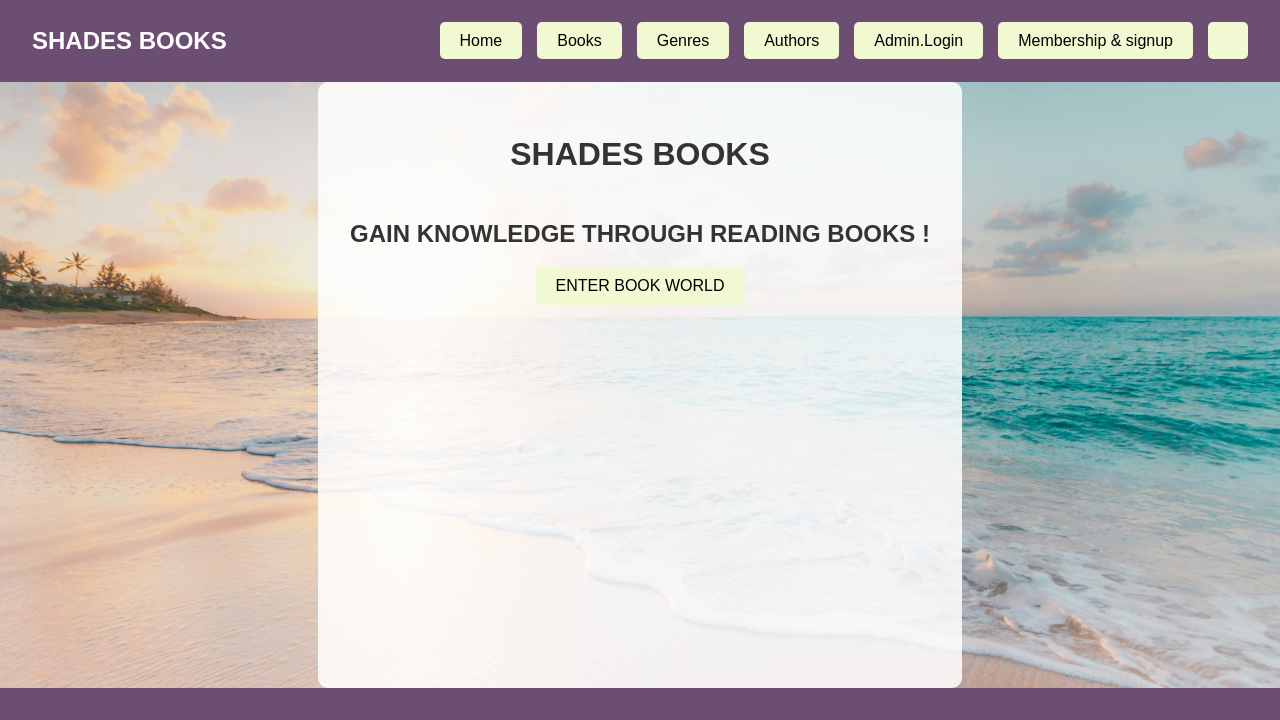
Repository: Harishsuresh-kumar/Library-Web
Page: WORK SITE/User.html
These files come from the project's save history. The page is drawn as it stood at one moment and after the next save; the edit follows.
The browser window is 1280 px wide. The pictures show the whole page.

Above is the page before, as saved 2024-11-07 14:21:49.

After the next save:
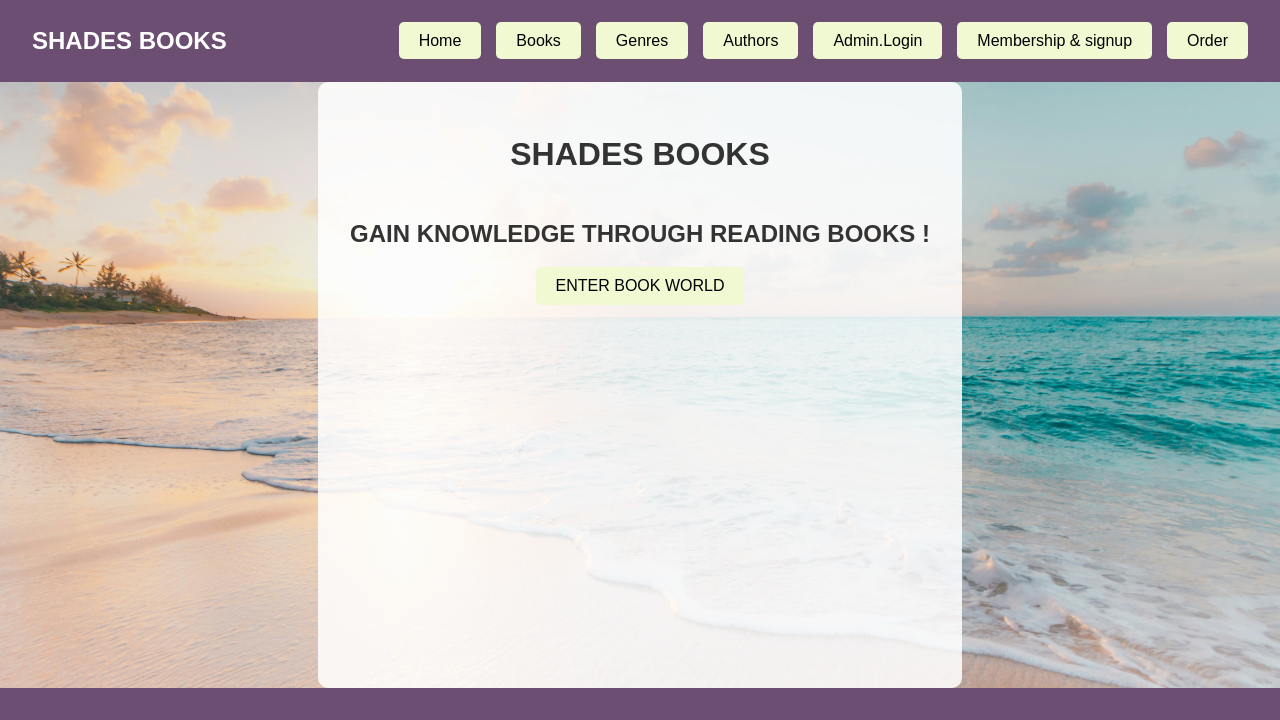
Saved 4 s later.
--- a/WORK SITE/User.html
+++ b/WORK SITE/User.html
@@ -20,7 +20,7 @@
                     <li><a href="Authors.html" class="button">Authors</a></li>
                     <li><a href="admin pass.html" class="button"> Admin.Login</a></li>
                     <li><a href="Membership.html" class="button">Membership & signup</a></li>
-                    <li><a href="Membership.html" class="button"></a></li>
+                    <li><a href="Membership.html" class="button">Order</a></li>
                 </ul>
             </nav>
         </header>
